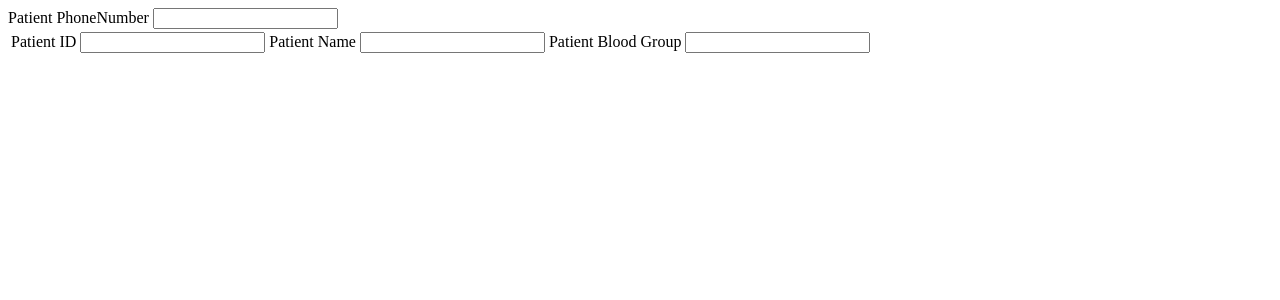
Repository: kishangk10/AllJava
Page: eclipse-workspace/project.patient/src/main/webapp/insert.html
An editor plug-in stored every save of this project. The page is shown before and after the next save, followed by the edit.
The browser window is 1280 px wide. The pictures show the whole page.

Above is the page before, as saved 2023-02-16 06:27:59.

### eclipse-workspace/project.patient/src/main/webapp/insert.html
<!DOCTYPE html>
<html>
<head>
<meta charset="ISO-8859-1">
<title>Insert title here</title>
</head>
<body>

<form action="">
<table>
<tr>
<td>
Patient ID <input type="text" name="pid"><br></td>
<td>
Patient Name <input type="text" name="pname"><br></td>
<td>
Patient Blood Group <input type="text" name="pbg"><br>
</td>
Patient PhoneNumber <input type="text" name="pnumber">
</tr>
</table>
</form>



</body>
</html>

After the next save:
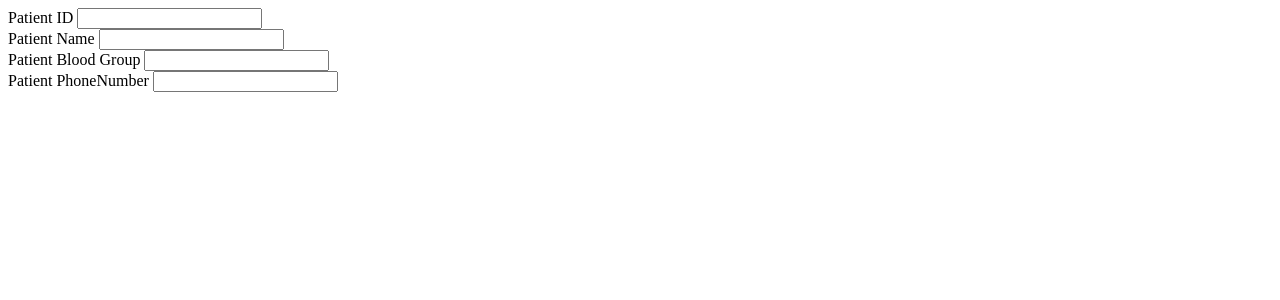
Saved 2 min 41 s later.
--- a/eclipse-workspace/project.patient/src/main/webapp/insert.html
+++ b/eclipse-workspace/project.patient/src/main/webapp/insert.html
@@ -7,18 +7,14 @@
 <body>
 
 <form action="">
-<table>
-<tr>
-<td>
-Patient ID <input type="text" name="pid"><br></td>
-<td>
-Patient Name <input type="text" name="pname"><br></td>
-<td>
+
+
+
+Patient ID <input type="text" name="pid"><br>
+Patient Name <input type="text" name="pname"><br>
 Patient Blood Group <input type="text" name="pbg"><br>
-</td>
-Patient PhoneNumber <input type="text" name="pnumber">
-</tr>
-</table>
+Patient PhoneNumber <input type="text" name="pnumber"><br>
+
 </form>
 
 
